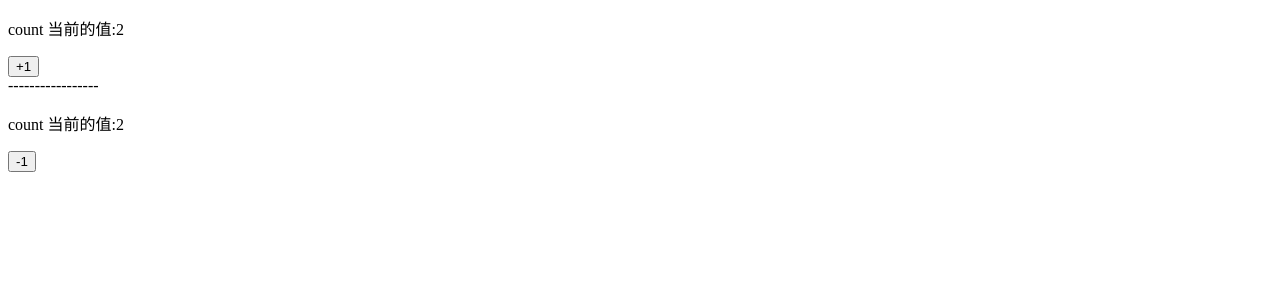
Repository: minika1020/miniprogram
Page: / (app in Desktop/vuex/vuex_demo/)
These files come from the project's save history. The page is drawn as it stood at one moment and after the next save; the edit follows.
The browser window is 1280 px wide. The pictures show the whole page.
The project was rebuilt for these pictures with package versions that can differ from the ones it lists, and the page was loaded fresh each time.

Above is the page before, as saved 2021-03-18 12:23:40.

### Desktop/vuex/vuex_demo/src/main.js
import Vue from 'vue'
import App from './App.vue'
import store from './store'
Vue.config.productionTip = false

new Vue({
    store,
    render: function (h) { return h(App) }
}).$mount('#app')

### Desktop/vuex/vuex_demo/src/App.vue
<template>
  <div>
    <my-add></my-add>
    -----------------
    <my-sub></my-sub>
  </div>
</template>

<script>
import Add from './components/add.vue'
import Sub from './components/sub.vue'

export default {
  name: 'App',
  components: {
    'my-add': Add,
    'my-sub': Sub
  }
}
</script>

### Desktop/vuex/vuex_demo/src/store/index.js
import Vue from 'vue'
import Vuex from 'vuex'

Vue.use(Vuex)

export default new Vuex.Store({
    state: {
        count: 2
    },
    mutations: {
        add(state) {
            state.count++
        }
    },
    actions: {
    },
    modules: {
    }
})

### Desktop/vuex/vuex_demo/src/components/add.vue
<template>
  <div>
    <!-- <p> count 当前的值:{{count}}</p> -->
    <p> count 当前的值:{{$store.state.count}}</p>

    <button @click="add">+1</button>
  </div>
</template>
<script>
import { mapState } from 'vuex'
export default {
  methods: {
    add() {
      //   this.$store.state.count++ 不使用直接修改
      this.$store.commit('add')
    },
  },
  computed: {
    ...mapState(['count'])
  }
}
</script>

### Desktop/vuex/vuex_demo/src/components/sub.vue
<template>
  <div>
    <p :id="'id_'+$store.state.count"> count 当前的值:{{$store.state.count}}</p>
    <button @click="sub">-1</button>
  </div>
</template>
<script>
export default {
  methods: {
    sub() {
      this.$store.state.count--
    }
  }
}
</script>

Loaded but not shown: Desktop/vuex/vuex_demo/public/index.html (common file)

After the next save:
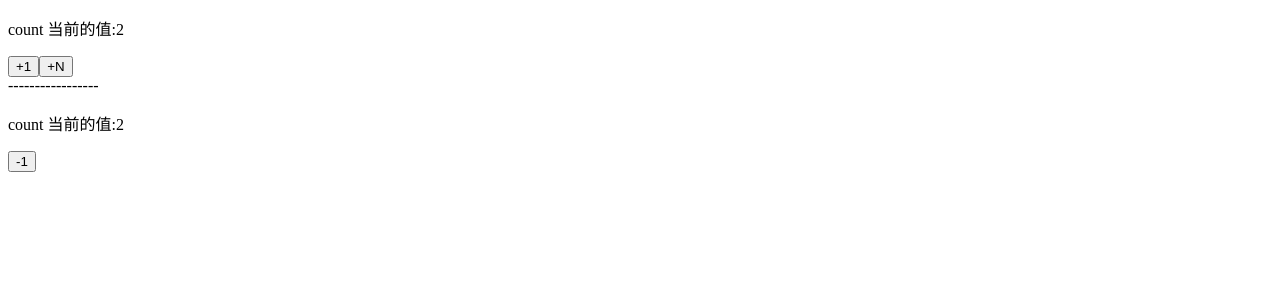
Saved 60 s later.
--- a/Desktop/vuex/vuex_demo/src/components/add.vue
+++ b/Desktop/vuex/vuex_demo/src/components/add.vue
@@ -3,17 +3,21 @@
     <!-- <p> count 当前的值:{{count}}</p> -->
     <p> count 当前的值:{{$store.state.count}}</p>
 
-    <button @click="add">+1</button>
+    <button @click="btnhandle1">+1</button>
+    <button @click="btnhandle2">+N</button>
   </div>
 </template>
 <script>
 import { mapState } from 'vuex'
 export default {
   methods: {
-    add() {
+    btnhandle1() {
       //   this.$store.state.count++ 不使用直接修改
       this.$store.commit('add')
     },
+    btnhandle1() {
+
+    }
   },
   computed: {
     ...mapState(['count'])
